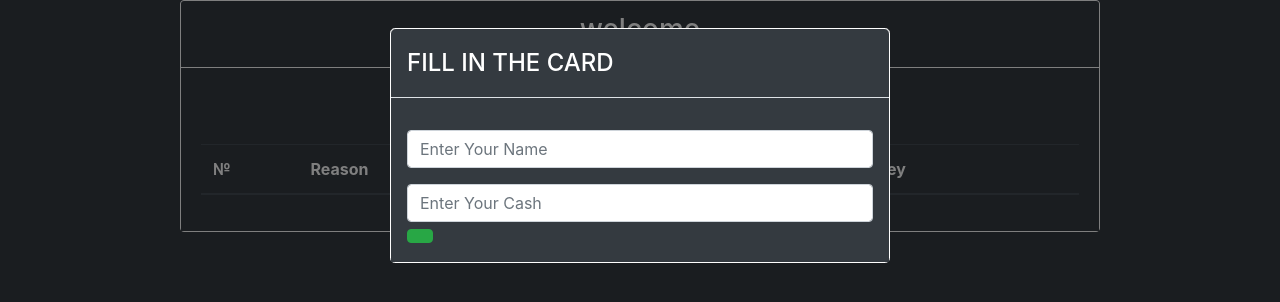
Repository: surefaceJS/allMyWorkInaliLinux
Page: hardcha/index.html
The author's editor kept a copy of each file at every save. The page is drawn from the files as they stood at one save, then again after a run of saves.
The browser window is 1280 px wide. The pictures show the whole page.

Above is the page before, as saved 2021-04-19 12:33:47.

### hardcha/index.html
<!DOCTYPE html>
<html lang="en">

<head>
    <meta charset="UTF-8">
    <meta http-equiv="X-UA-Compatible" content="IE=edge">
    <meta name="viewport" content="width=device-width, initial-scale=1.0">
    <title>ReadyWebPage</title>
    <link rel="stylesheet" href="css/bootstrap.css">
    <link rel="stylesheet" href="fontawesome-free-5.15.2-web/css/all.min.css">
    <link rel="stylesheet" href="css/main.css">
</head>

<body class="bg-dark">


    <div class="container">



        <!-- The Modal -->
        <div class="modal" id="myModal">
            <div class="modal-dialog">
                <div class="modal-content border-white">

                    <!-- Modal Header -->
                    <div class="modal-header bg-dark text-center ">
                        <h4 class="modal-title text-white text-center text-uppercase">Fill in the card</h4>

                    </div>

                    <!-- Modal body -->
                    <div class="modal-body bg-dark">
                        <input type="text" class="form-control mt-3" id="userName" placeholder="Enter Your Name">
                        <input type="number" class="form-control mt-3" id="userMoney" placeholder="Enter Your Cash">
                        <button class="btn btn-success"></button>
                    </div>

                </div>
            </div>
        </div>

        <div class="row">
            <div class="col-10 m-auto">
                <div class="card border-white">

                    <div class="card-header border-white bg-dark text-white text-center">
                        <h3>welcome <span id="pushName"></span> </h3>
                    </div>
                    <div class="card-body bg bg-dark">
                        <h1 class="text-danger text-center text-uppercase font-intel-bold" id="pushMonay"><span class="text-white">$</span></h1>

                        <table class="table table-dark table-hover table-striped">
                            <thead>
                                <tr>
                                    <th>№</th>
                                    <th>Reason</th>
                                    <th>Spend Money</th>
                                    <th>Type Money</th>
                                </tr>
                            </thead>
                            <tbody id="result"></tbody>
                        </table>
                    </div>

                </div>
            </div>
        </div>
    </div>

    <script src="js/jquery-3.3.1.slim.min.js"></script>
    <script src="js/popper.min.js"></script>
    <script src="js/bootstrap.js"></script>
    <script src="js/app.js"></script>
</body>

### hardcha/css/main.css
/*********************  FONTS STYLE *************************/
@font-face {
  font-family: "Inter-Bold";
  src: url("../asssets/fonts/Inter/Inter-Bold.ttf") format("truetype"); }
@font-face {
  font-family: "Inter-Regular";
  src: url("../asssets/fonts/Inter/Inter-Regular.ttf") format("truetype"); }
@font-face {
  font-family: "Inter-Light";
  src: url("../asssets/fonts/Inter/Inter-Light.ttf") format("truetype"); }
@font-face {
  font-family: "Inter-SemiBold";
  src: url("../asssets/fonts/Inter/Inter-SemiBold.ttf") format("truetype"); }
.font-intel-bold {
  font-family: "Inter-Bold", sans-serif; }

.font-intel-regular {
  font-family: "Inter-Regular", sans-serif; }

.font-intel-light {
  font-family: "Inter-Light", sans-serif; }

.font-inter-semi-bold {
  font-family: "Inter-SemiBold", sans-serif; }

/*# sourceMappingURL=main.css.map */

### hardcha/js/app.js
$(document).ready(function() {
    $('#myModal').modal('show');
});

Loaded but not shown: hardcha/css/bootstrap.css (library); hardcha/fontawesome-free-5.15.2-web/css/all.min.css (library); hardcha/js/jquery-3.3.1.slim.min.js (library); hardcha/js/popper.min.js (library); hardcha/js/bootstrap.js (library)

After the next 2 saves:
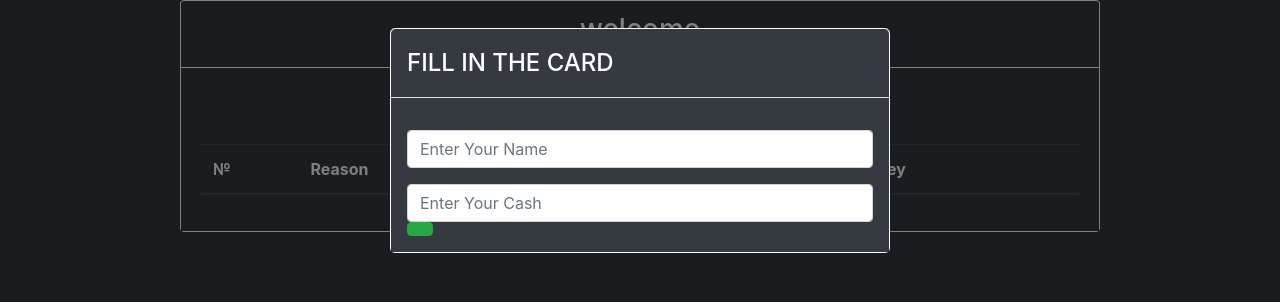
The 2 saves are shown as one change because they came seconds apart.
The last was saved 7 s later.
--- a/hardcha/index.html
+++ b/hardcha/index.html
@@ -33,7 +33,7 @@
                     <div class="modal-body bg-dark">
                         <input type="text" class="form-control mt-3" id="userName" placeholder="Enter Your Name">
                         <input type="number" class="form-control mt-3" id="userMoney" placeholder="Enter Your Cash">
-                        <button class="btn btn-success"></button>
+                        <button class="btn btn-success d-block "></button>
                     </div>
 
                 </div>
